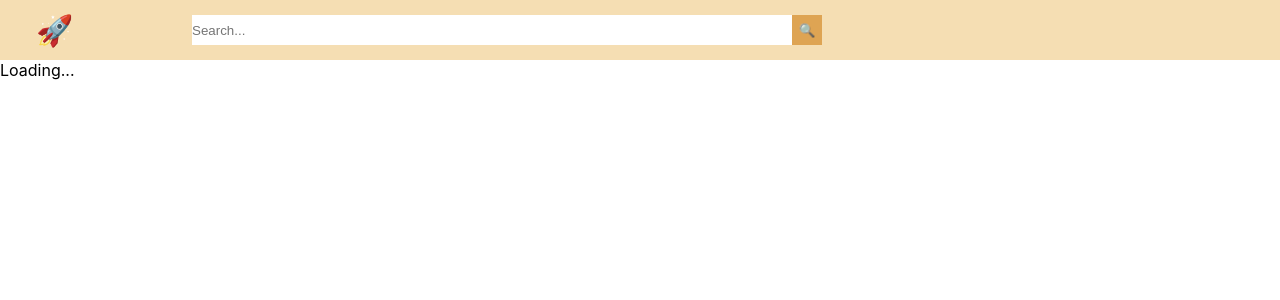
Repository: YEOMJINSEOP/React
Page: / (app in reactube/)
The author's editor kept a copy of each file at every save. The page is drawn from the files as they stood at one save, then again after the next save.
The browser window is 1280 px wide. The pictures show the whole page.
The page's requests for data from a server got no answer. The project was rebuilt for these pictures with package versions that can differ from the ones it lists, and the page was loaded fresh each time. No one was signed in, and anything a server would have sent is missing. Also part of the build but not shown: reactube/src/app.css, reactube/src/components/videoList/VideoList.module.css, reactube/src/components/videoList/VideoList.jsx.

Above is the page before, as saved 2023-01-17 11:42:02.

### reactube/public/index.html
<!DOCTYPE html>
<html lang="en">
  <head>
    <meta charset="utf-8" />
    <link rel="icon" href="%PUBLIC_URL%/favicon.ico" />
    <meta name="viewport" content="width=device-width, initial-scale=1" />
    <meta name="theme-color" content="#000000" />
    <meta
      name="description"
      content="Web site created using create-react-app"
    />

    <title>Reactube 💠</title>
  </head>
  <body>
    <noscript>You need to enable JavaScript to run this app.</noscript>
    <div id="root"></div>
  </body>
</html>

### reactube/src/app.jsx
import React from 'react';
import './app.css';
import{QueryClient, QueryClientProvider} from '@tanstack/react-query'
import VideoList from './components/videoList/VideoList';
import Header from './components/header/Header';

const queryClient = new QueryClient();
function App() {
  return (
    <QueryClientProvider client={queryClient}>
      <Header/>
      <VideoList/>
    </QueryClientProvider>
  )
}

export default App;

### reactube/src/components/header/Header.jsx
import React from 'react';
import styles from './Header.module.css';

function Header(props) {
  return (
    <div className={styles.header}>
      <button className={styles.logo} type='button'>🚀</button>
      <div className={styles.search}>
        <input className={styles.searchBox} type="text" placeholder='Search...' />
        <button type='submit' className={styles.searchBtn}>🔍</button>
      </div>
    </div>
  );
}

export default Header;

### reactube/src/components/header/Header.module.css
* {
  box-sizing: border-box;
}
button {
  background-color: transparent;
  outline: none;
  border: none;
}

.header{
  position: relative;
  background-color: wheat;
  width: 100%;
  height: 60px;
  display: flex;
  justify-content:center;
  align-items: center;
}

.logo{
  position: absolute;
  left: 10px;
  font-size: 30px;
  left: 30px;
}

.search{
  width: 70%;
}
.searchBox{
  width: 600px;
  height: 30px;
  outline: none;
  border: none;
  padding: 0;
}

.searchBtn{
  width: 30px;
  height: 30px;
  background-color: rgba(211, 133, 31, 0.647);
}

Loaded but not shown: reactube/src/index.js (common file); reactube/src/index.css (common file)

After the next save:
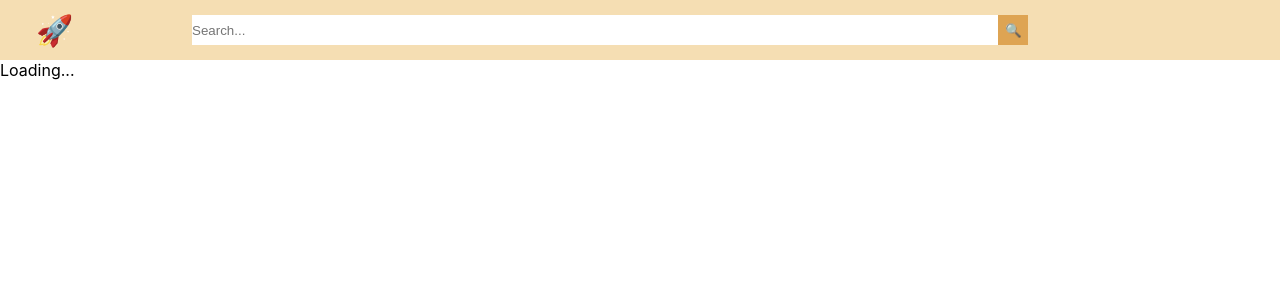
Saved 8 s later.
--- a/reactube/src/components/header/Header.module.css
+++ b/reactube/src/components/header/Header.module.css
@@ -28,7 +28,7 @@ button {
   width: 70%;
 }
 .searchBox{
-  width: 600px;
+  width: 90%;
   height: 30px;
   outline: none;
   border: none;
